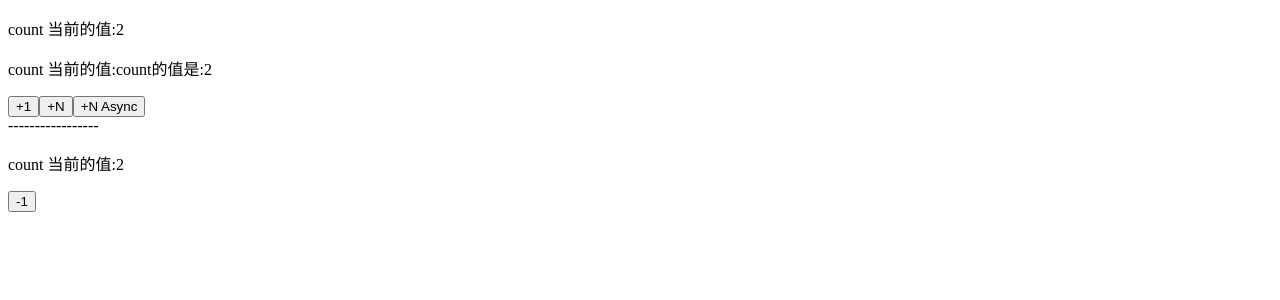
Repository: minika1020/miniprogram
Page: / (app in Desktop/vuex/vuex_demo/)
The author's editor kept a copy of each file at every save. The page is drawn from the files as they stood at one save, then again after the next save.
The browser window is 1280 px wide. The pictures show the whole page.
The project was rebuilt for these pictures with package versions that can differ from the ones it lists, and the page was loaded fresh each time.

Above is the page before, as saved 2021-03-18 12:49:07.

### Desktop/vuex/vuex_demo/src/main.js
import Vue from 'vue'
import App from './App.vue'
import store from './store'
Vue.config.productionTip = false

new Vue({
    store,
    render: function (h) { return h(App) }
}).$mount('#app')

### Desktop/vuex/vuex_demo/src/App.vue
<template>
  <div>
    <my-add></my-add>
    -----------------
    <my-sub></my-sub>
  </div>
</template>

<script>
import Add from './components/add.vue'
import Sub from './components/sub.vue'

export default {
  name: 'App',
  components: {
    'my-add': Add,
    'my-sub': Sub
  }
}
</script>

### Desktop/vuex/vuex_demo/src/store/index.js
import Vue from 'vue'
import Vuex from 'vuex'

Vue.use(Vuex)

export default new Vuex.Store({
    state: {
        count: 2
    },
    mutations: {
        add(state) {
            state.count++
        },
        addN(state, step) {
            state.count += step
        }
    },
    actions: {
        // 异步操作 写在actions
        addAsync(context) {
            setTimeout(() => {
                context.commit('addN', 3)
            }, 2000);
        }
    },
    getters: {
        showNum(state) {
            return `count的值是:${state.count}`
        }
    },
    modules: {
    }
})

### Desktop/vuex/vuex_demo/src/components/add.vue
<template>
  <div>
    <!-- <p> count 当前的值:{{count}}</p> -->
    <p> count 当前的值:{{$store.state.count}}</p>
    <p> count 当前的值:{{$store.getters.showNum}}</p>

    <button @click="btnhandle1">+1</button>
    <button @click="btnhandle2">+N</button>
    <button @click="btnhandle3">+N Async</button>
  </div>
</template>
<script>

//第二种方式 获取值,方法
import { mapState } from 'vuex'
import { mapMutations } from 'vuex'
import { mapActions } from 'vuex'
// import { mapGetters } from 'vuex'
export default {
  methods: {
    ...mapMutations(['addN']),
    ...mapActions(['addAsync']),
    btnhandle1() {
      //   this.$store.state.count++ 不使用直接修改
      this.$store.commit('add')
    },
    btnhandle2() {
      //   this.$store.commit('addN', 5)
      this.addN(3)
    },
    btnhandle3() {

      //   this.$store.dispatch('addAsync', 5)
      this.addAsync(5)

    }
  },
  computed: {
    ...mapState(['count']),
    // ...mapGetters(['showNum'])
  }
}
</script>

### Desktop/vuex/vuex_demo/src/components/sub.vue
<template>
  <div>
    <p :id="'id_'+$store.state.count"> count 当前的值:{{$store.state.count}}</p>
    <button @click="sub">-1</button>
  </div>
</template>
<script>
export default {
  methods: {
    sub() {
      this.$store.state.count--
    }
  }
}
</script>

Loaded but not shown: Desktop/vuex/vuex_demo/public/index.html (common file)

After the next save:
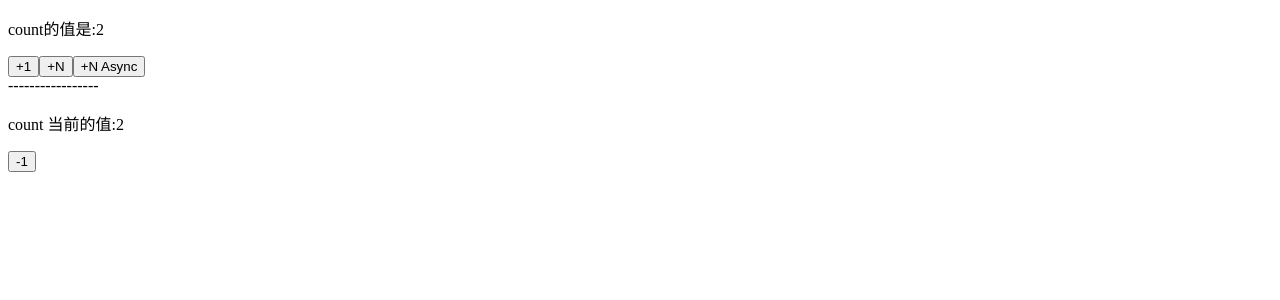
Saved 17 s later.
--- a/Desktop/vuex/vuex_demo/src/components/add.vue
+++ b/Desktop/vuex/vuex_demo/src/components/add.vue
@@ -1,8 +1,8 @@
 <template>
   <div>
     <!-- <p> count 当前的值:{{count}}</p> -->
-    <p> count 当前的值:{{$store.state.count}}</p>
-    <p> count 当前的值:{{$store.getters.showNum}}</p>
+    <!-- <p> count 当前的值:{{$store.state.count}}</p> -->
+    <p> {{$store.getters.showNum}}</p>
 
     <button @click="btnhandle1">+1</button>
     <button @click="btnhandle2">+N</button>
